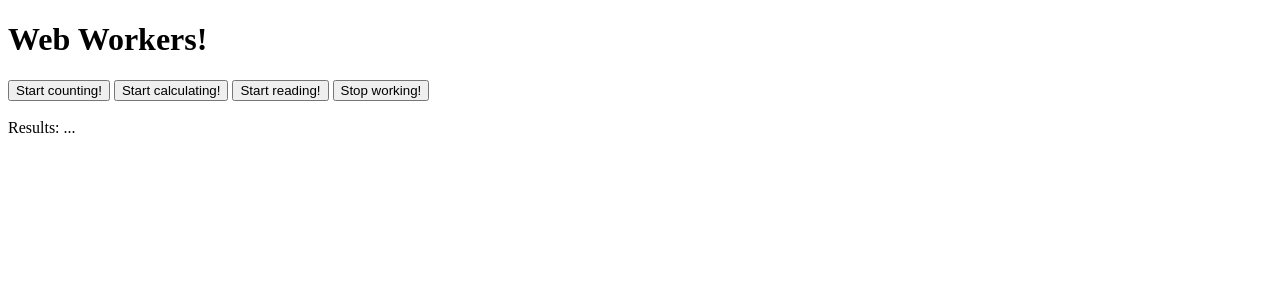
Repository: Johesmil/webworkers
Page: html/index.html
The author's editor kept a record of every edit. The page is drawn from the files as they stood at one moment, then again after the next edit.
The browser window is 1280 px wide. The pictures show the whole page.

Above is the page before.

### html/index.html
<!DOCTYPE html>

<!--
    This is an HTML page that contains a CSS and a Javascript file.

    Run this sample by clicking the 'Preview' button on top;
    a new tab will open with the current page open.
-->
<html lang="en">
    <head>
        <meta charset="utf-8" />
        <title>Web Workers by @johesmil</title>
        <link rel="stylesheet" href="css/main.css" type="text/css"/>
    </head>

    <body>
        <h1>Web Workers!</h1>
        <input type="button" onclick="startCounting();" value="Start counting!">
        <input type="button" onclick="startCalculating();" value="Start calculating!">
        <input type="button" onclick="startReading();" value="Start reading!">
        <input type="button" onclick="stopWorking();" value="Stop working!">
        <br />
        <br />
        Results: <span id="resultSpan">...</span>

        <!-- load scripts at the bottom of your page -->
        <script src="javascript/foreman.js"></script>
    </body>
</html>

### html/javascript/foreman.js
var result = document.getElementById("resultSpan");
var worker;

function startWorking() {
    if (!browserSupportsWebWorkers()) {
        // What to do if browser doesn't support workers.
        return;
    }

    // runSimpleWorker();
    runSkilledWorker();
}

function stopWorking() {
    worker.terminate(); // Tell the worker to stop working.
    worker = undefined; // Fire the worker.
}

function browserSupportsWebWorkers() {
    if(typeof(Worker) !== "undefined") {
        // Yes! Web worker support!
        return true;
    } else {
        // Sorry! No Web Worker support..
        return false;
    }
}

function runSimpleWorker() {
    worker = new Worker("javascript/worker.js"); // Create a new worker object.
    worker.onmessage = function(event) { // Tell the worker what to do when the work order comes.
        result.innerHTML = event.data;
    };

    worker.onerror = function(event) { // Tell the worker what to do when the work fails.
        result.innerHTML = "Error: " + event.message;
    };

    // This is another way of doing it.
    // worker.addEventListener("message", function (event) {
    //     count.innerHTML = event.data;
    // }, false);

    worker.postMessage(); // Tell the worker to start working.
}

function runSkilledWorker() {
    worker = new Worker("javascript/skilledWorker.js"); // Create a new worker object.
    worker.onmessage = function(event) { // Tell the worker what to do when the work order comes.
        result.innerHTML = event.data;
    };

    worker.onerror = function(event) { // Tell the worker what to do when the work fails.
        result.innerHTML = "Error: " + event.message;
    };

    worker.postMessage({ 'command': 'count', 'parameters': 1 }); // Tell the worker to start counting.
    worker.postMessage({ 'command': 'calculate', 'parameters': {'a': 5, 'b': 10 } }); // Tell the worker to calculate.
    worker.postMessage({ 'command': 'read', 'parameters': {'text': 'This is text the worker is supposed to read.'} }); // Tell the worker to read the .
}

Loaded but not shown: html/css/main.css (no stored copy; drawn as an empty file)

After the next edit:
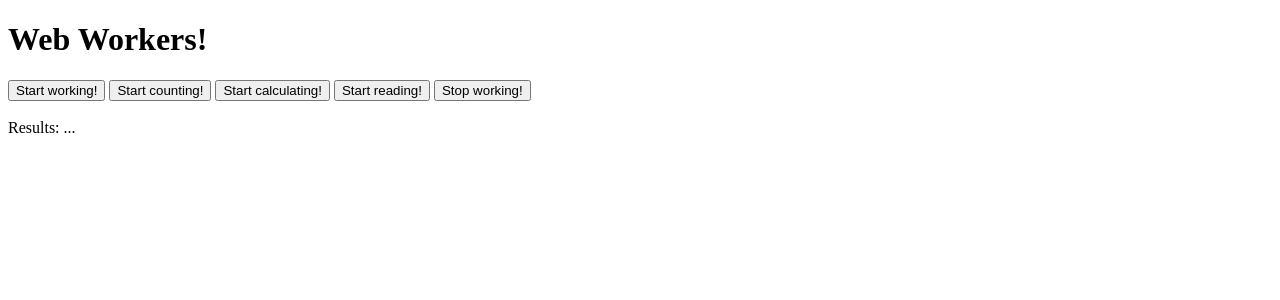
The edit:
--- a/html/index.html
+++ b/html/index.html
@@ -15,6 +15,7 @@
 
     <body>
         <h1>Web Workers!</h1>
+        <input type="button" onclick="startWorking();" value="Start working!">
         <input type="button" onclick="startCounting();" value="Start counting!">
         <input type="button" onclick="startCalculating();" value="Start calculating!">
         <input type="button" onclick="startReading();" value="Start reading!">
